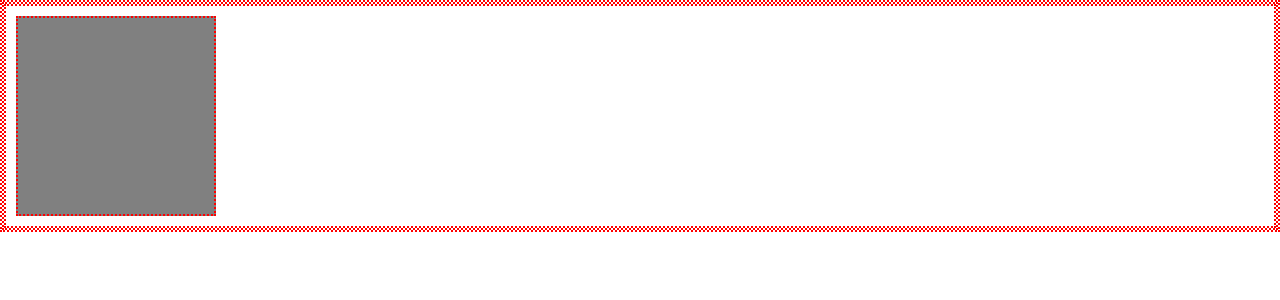
Repository: LavriaNeptune/css-basic
Page: position/bottom.html
The author's editor kept a copy of each file at every save. The page is drawn from the files as they stood at one save, then again after a run of saves.
The browser window is 1280 px wide. The pictures show the whole page.

Above is the page before, as saved 2022-08-19 19:52:54.

### position/bottom.html
<!DOCTYPE html>

<html>
  <head>
    <style>
      * {
        box-sizing: border-box;
        margin: 0;
        padding: 0;
        border: 2px dotted red;
      }
      #container {
        display:
      }
      #target {
        margin: 10px;
        padding: 10px;
        background-color: gray;
        width: 200px;
        height: 200px;

        bottom: 0;
      }
    </style>
  </head>
  <body>
    <div id="container">
      <div id="target"></div>
    </div>
  </body>
</html>

After the next 6 saves:
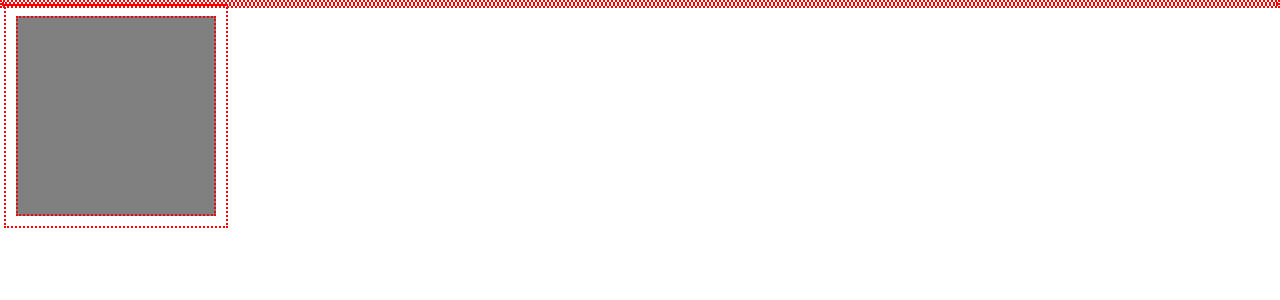
The 6 saves are shown as one change because they came seconds apart.
The last was saved 2 min 8 s later.
--- a/position/bottom.html
+++ b/position/bottom.html
@@ -10,7 +10,7 @@
         border: 2px dotted red;
       }
       #container {
-        display:
+        position: absolute;
       }
       #target {
         margin: 10px;
